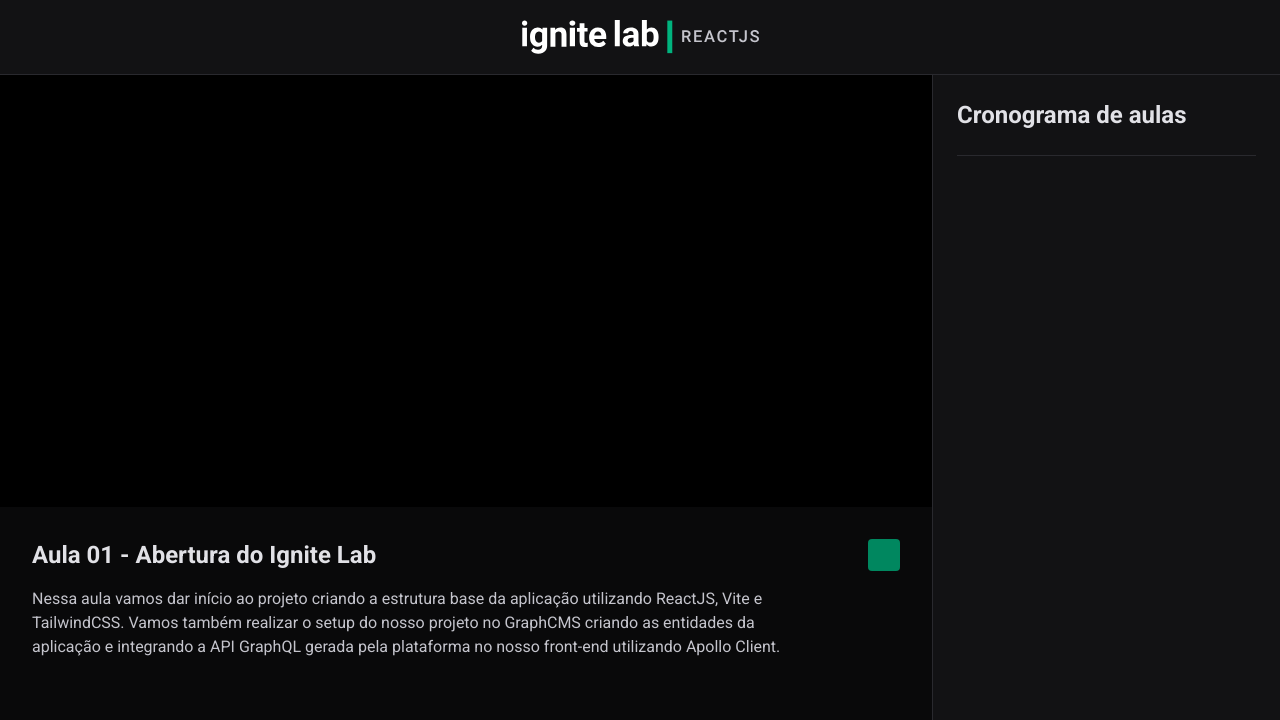
Repository: XFERRER7/Ignite-lab
Page: /
These files come from the project's save history. The page is drawn as it stood at one moment and after a run of saves; the edit follows.
The browser window is 1280 px wide. The pictures show the whole page.
The page's requests for data from a server got no answer. The project was rebuilt for these pictures with package versions that can differ from the ones it lists, and the page was loaded fresh each time. No one was signed in, and anything a server would have sent is missing. Also part of the build but not shown: vite.config.ts, src/components/Lesson.tsx.

Above is the page before, as saved 2022-06-26 01:53:48.

After the next 2 saves:
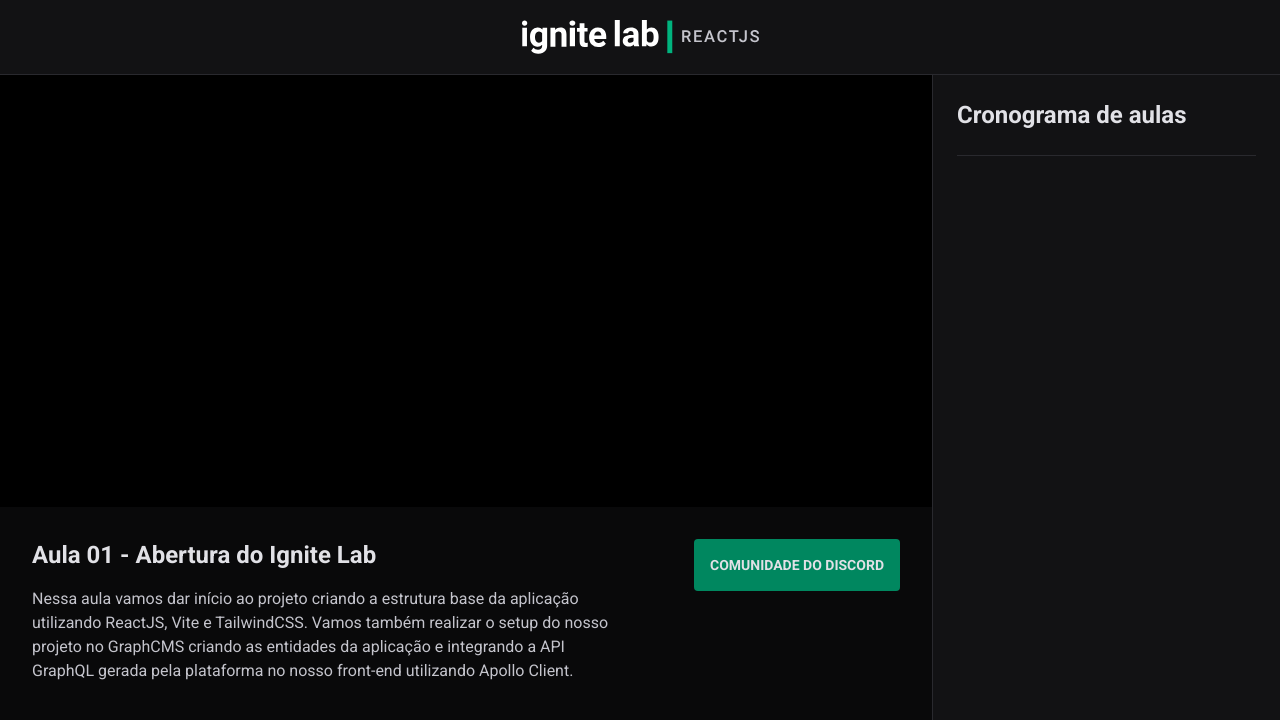
The 2 saves are shown as one change because they came seconds apart.
The last was saved 17 s later.
--- a/src/components/Video.tsx
+++ b/src/components/Video.tsx
@@ -20,8 +20,9 @@
             </p>
           </div>
           <div className='flex flex-col gap-4 '>
-            <a href="" className='p-4 text-sm bg-green-500 flex items-center rounded font-bold uppercase gap-2 justify-center'>
-
+            <a href=""
+            className='p-4 text-sm bg-green-500 flex items-center rounded font-bold uppercase gap-2 justify-center'>
+              Comunidade do discord
             </a>
             <a href="">
 
